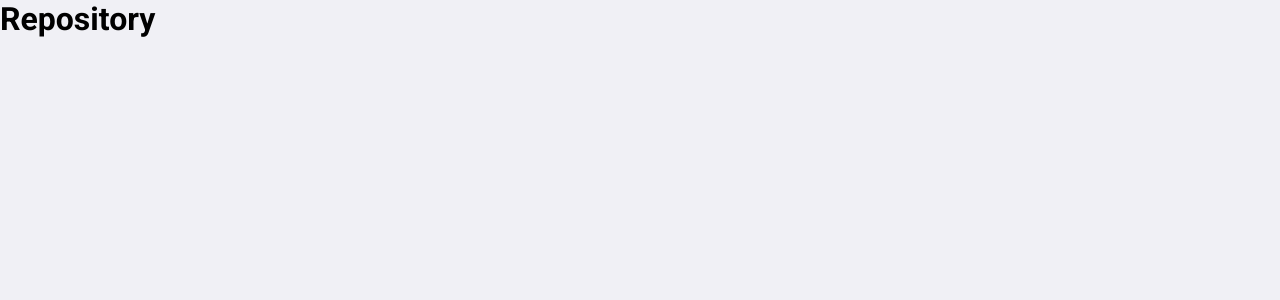
Repository: ramonmjr/projeto-repositorios-git-react
Page: /repository
An editor plug-in stored every save of this project. The page is shown before and after the next save, followed by the edit.
The browser window is 1280 px wide. The pictures show the whole page.
The project was rebuilt for these pictures with package versions that can differ from the ones it lists, and the page was loaded fresh each time. A package was used in the major version that the imports need, not the one package.json lists. Also part of the build but not shown: src/pages/Dashboard/styles.ts, src/pages/Dashboard/index.tsx.

Above is the page before, as saved 2020-10-20 21:07:39.

After the next save:
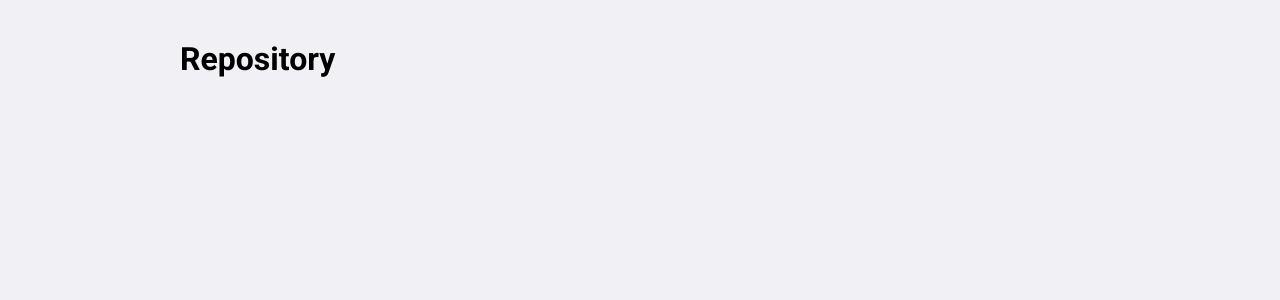
Saved 3 min 39 s later.
--- a/src/styles/global.ts
+++ b/src/styles/global.ts
@@ -15,4 +15,10 @@
 body, input, button {
   font: 16px Roboto, sans-serif;
 }
+
+#root {
+  max-width: 960px;
+  margin: 0 auto;
+  padding: 40px 20px;
+}
 `;
